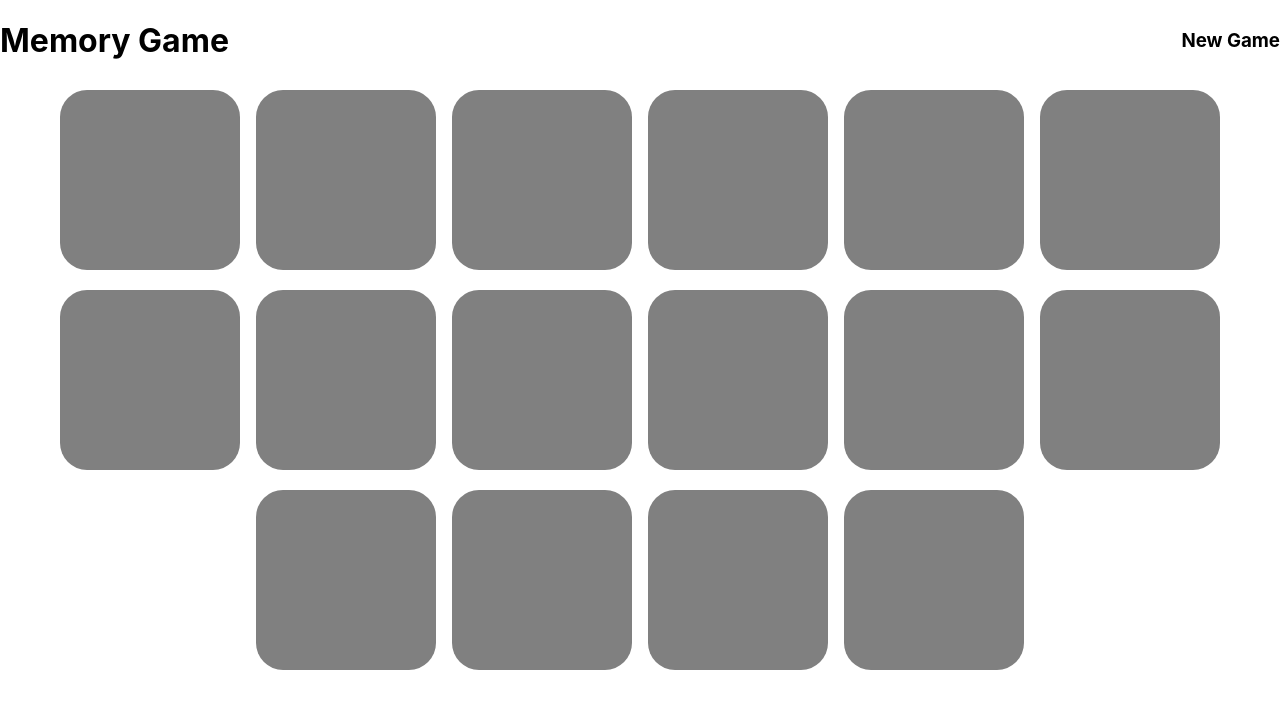
Repository: sokafootball/memory_game
Page: /
The author's editor kept a copy of each file at every save. The page is drawn from the files as they stood at one save, then again after the next save.
The browser window is 1280 px wide. The pictures show the whole page.
The project was rebuilt for these pictures with package versions that can differ from the ones it lists, and the page was loaded fresh each time. Also part of the build but not shown: src/Game.js.

Above is the page before, as saved 2019-01-21 12:27:35.

After the next save:
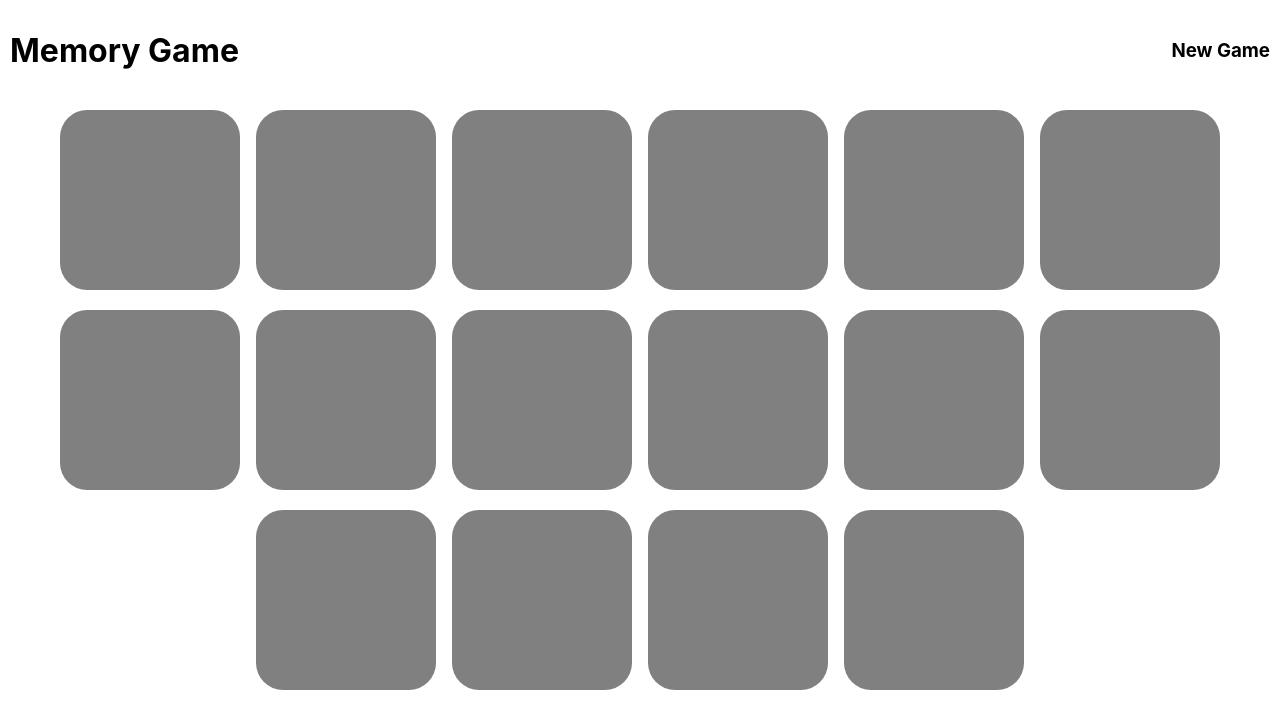
Saved 26 s later.
--- a/src/Navbar.css
+++ b/src/Navbar.css
@@ -3,6 +3,7 @@
 }
 
 .mainBar {
+  margin: 10px;
   display: flex;
   justify-content: space-between;
   align-items: center;

After the save that followed:
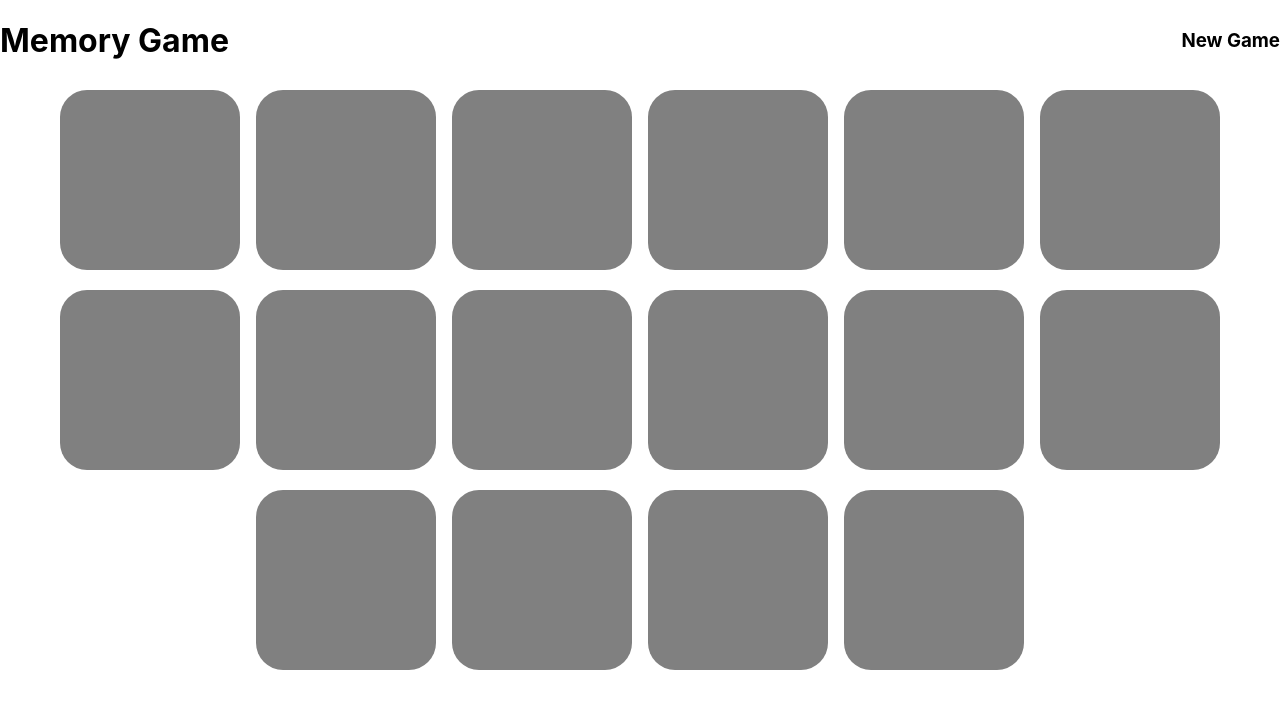
Saved 37 s later.
--- a/src/Navbar.css
+++ b/src/Navbar.css
@@ -3,7 +3,7 @@
 }
 
 .mainBar {
-  margin: 10px;
+  margin: 0 30;
   display: flex;
   justify-content: space-between;
   align-items: center;
